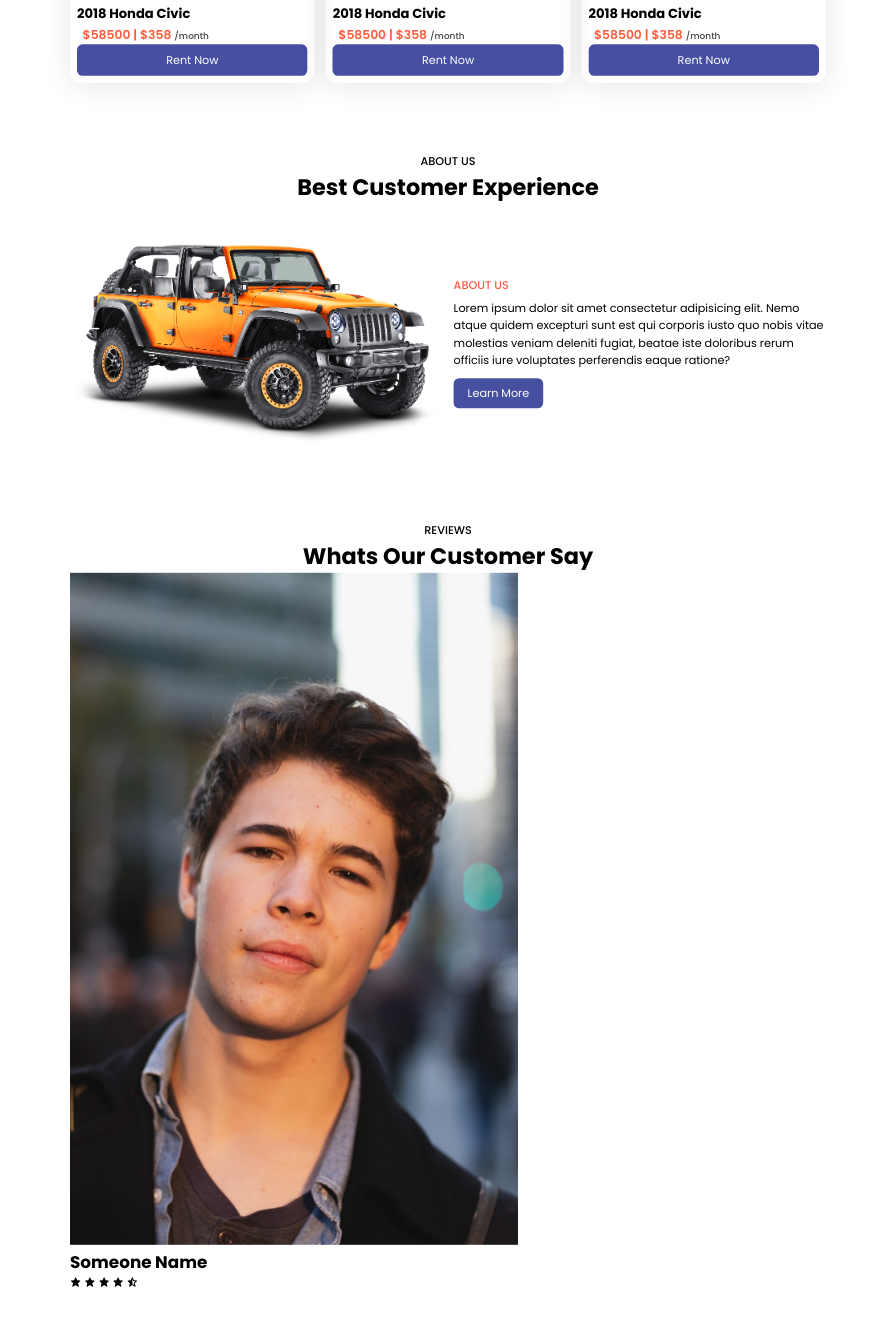
Repository: douglasabnovato/car-rental
Page: index.html
These files come from the project's save history. The page is drawn as it stood at one moment and after the next save; the edit follows.
The browser window is 1280 px wide. The pictures show the part of the page from y = 2046 to 3966 px (the page is 3941 px tall before and 3966 px after), at 70% of full size.

Above is the page before, as saved 2025-05-16 16:26:31.

After the next save:
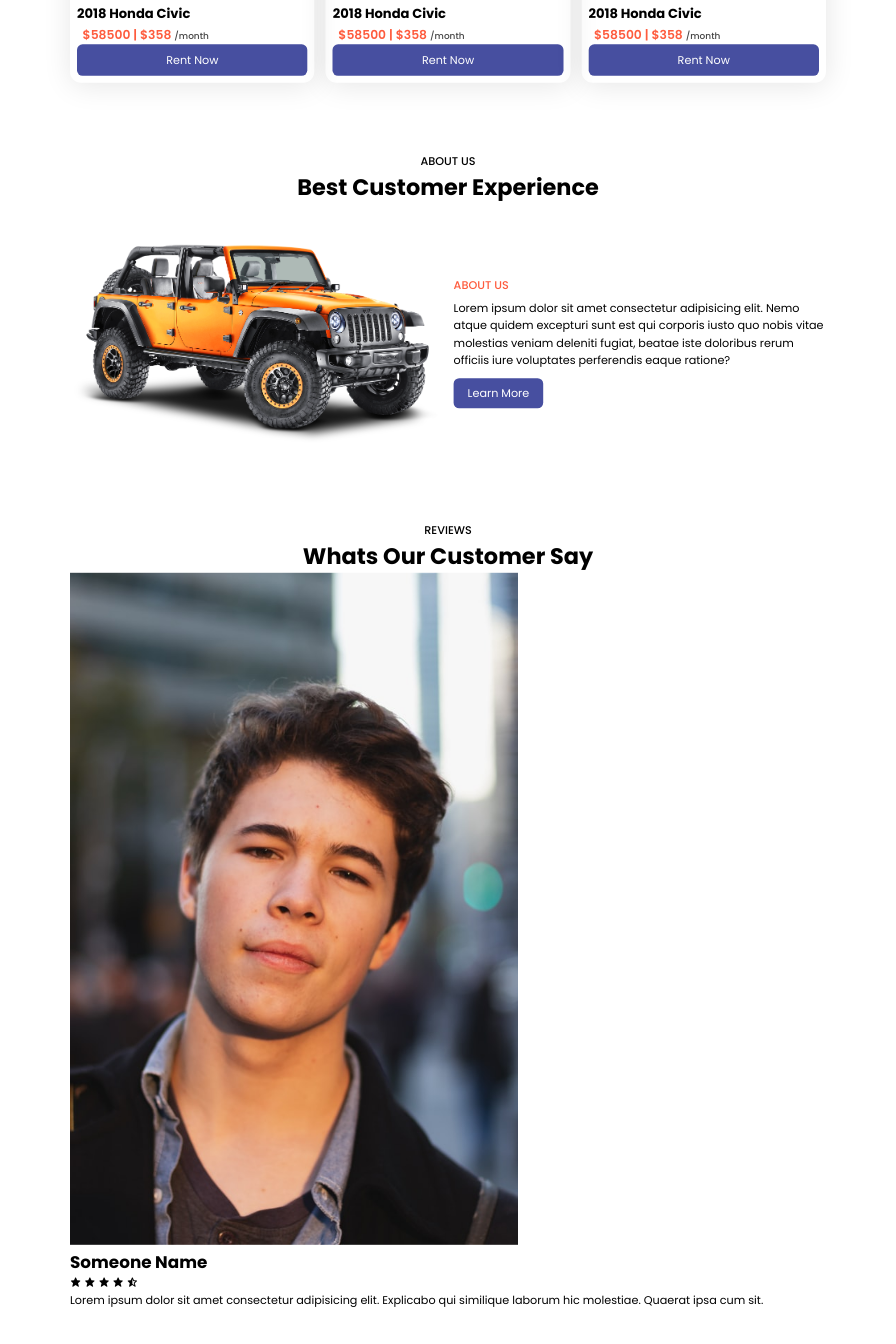
Saved 55 s later.
--- a/index.html
+++ b/index.html
@@ -213,6 +213,7 @@
             <i class="bx bxs-star"></i>
             <i class="bx bxs-star-half"></i>
           </div>
+          <p>Lorem ipsum dolor sit amet consectetur adipisicing elit. Explicabo qui similique laborum hic molestiae. Quaerat ipsa cum sit.</p>
         </div>
       </div>
     </section>
